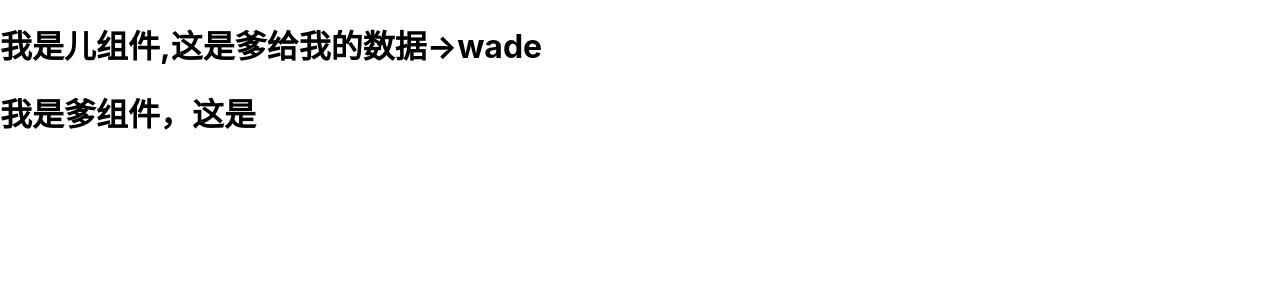
Repository: ZhangCoder0812/zf-react-project
Page: /
The author's editor kept a copy of each file at every save. The page is drawn from the files as they stood at one save, then again after the next save.
The browser window is 1280 px wide. The pictures show the whole page.
The project was rebuilt for these pictures with package versions that can differ from the ones it lists, and the page was loaded fresh each time.

Above is the page before, as saved 2021-05-17 10:56:42.

### src/index.js
import React from "react";
import ReactDOM from "react-dom";
import "./index.css";
import App from "./App";

ReactDOM.render(
    <App className="我是父组件传的值" />, // 严格模式可能会导致多次渲染
    // <React.StrictMode>
    //   <App />
    // </React.StrictMode>,
    document.getElementById("root")
);

### src/App.js
import React from "react";
import Child from "./child";

class App extends React.Component {
    state = {
        name: "wade",
    };
    render() {
        let { name } = this.state;
        return (
            <div>
                <Child data={name} />
                <h1>我是爹组件，这是</h1>
            </div>
        );
    }
}

export default App;

### src/child.js
import React from "react";

function child(props) {
    // props 父组件传的数据
    let { data } = props;
    return (
        <div>
            <h1>我是儿组件,这是爹给我的数据->{data}</h1>
        </div>
    );
}

export default child;

Loaded but not shown: public/index.html (common file); src/index.css (common file)

After the next save:
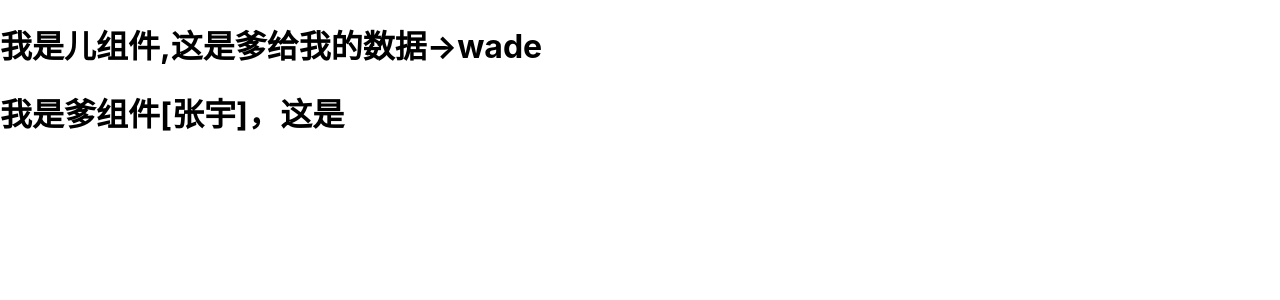
Saved 8 s later.
--- a/src/App.js
+++ b/src/App.js
@@ -10,7 +10,7 @@ class App extends React.Component {
         return (
             <div>
                 <Child data={name} />
-                <h1>我是爹组件，这是</h1>
+                <h1>我是爹组件[张宇]，这是</h1>
             </div>
         );
     }
